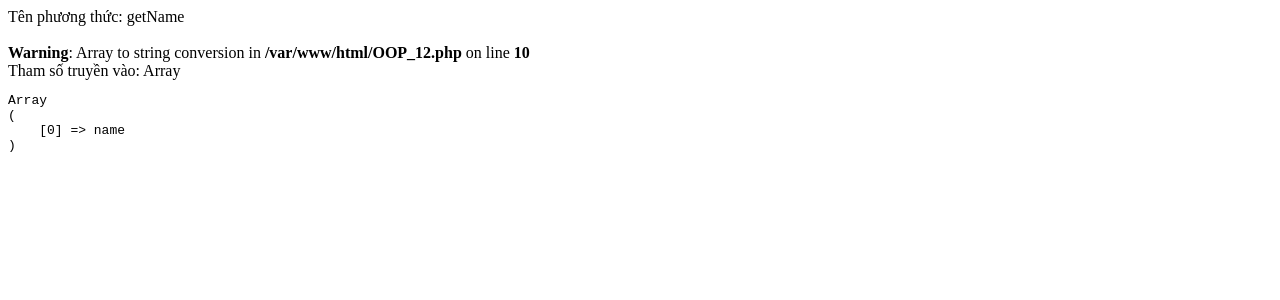
Repository: vantung2102/OOP_PHP
Page: http://localhost/OOP_12.php
An editor plug-in stored every save of this project. The page is shown before and after the next save, followed by the edit.
The browser window is 1280 px wide. The pictures show the whole page.
The page is run by PHP 8.4 with error messages shown; the project is at /var/www/html/.

Above is the page before, as saved 2021-11-26 16:58:58.

After the next save:
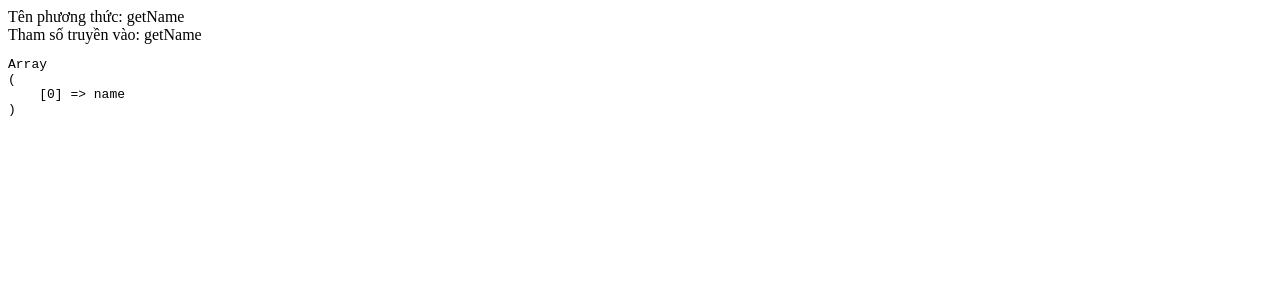
Saved 32 s later.
--- a/OOP_12.php
+++ b/OOP_12.php
@@ -7,7 +7,7 @@ class Student
     public function __call($method, $params)
     {
         echo 'Tên phương thức: ' . $method . '<br/>';
-        echo 'Tham số truyền vào: ' . $params . '<br/>';
+        echo 'Tham số truyền vào: ' . $method . '<br/>';
         echo '<pre>';
         print_r($params);
     }
